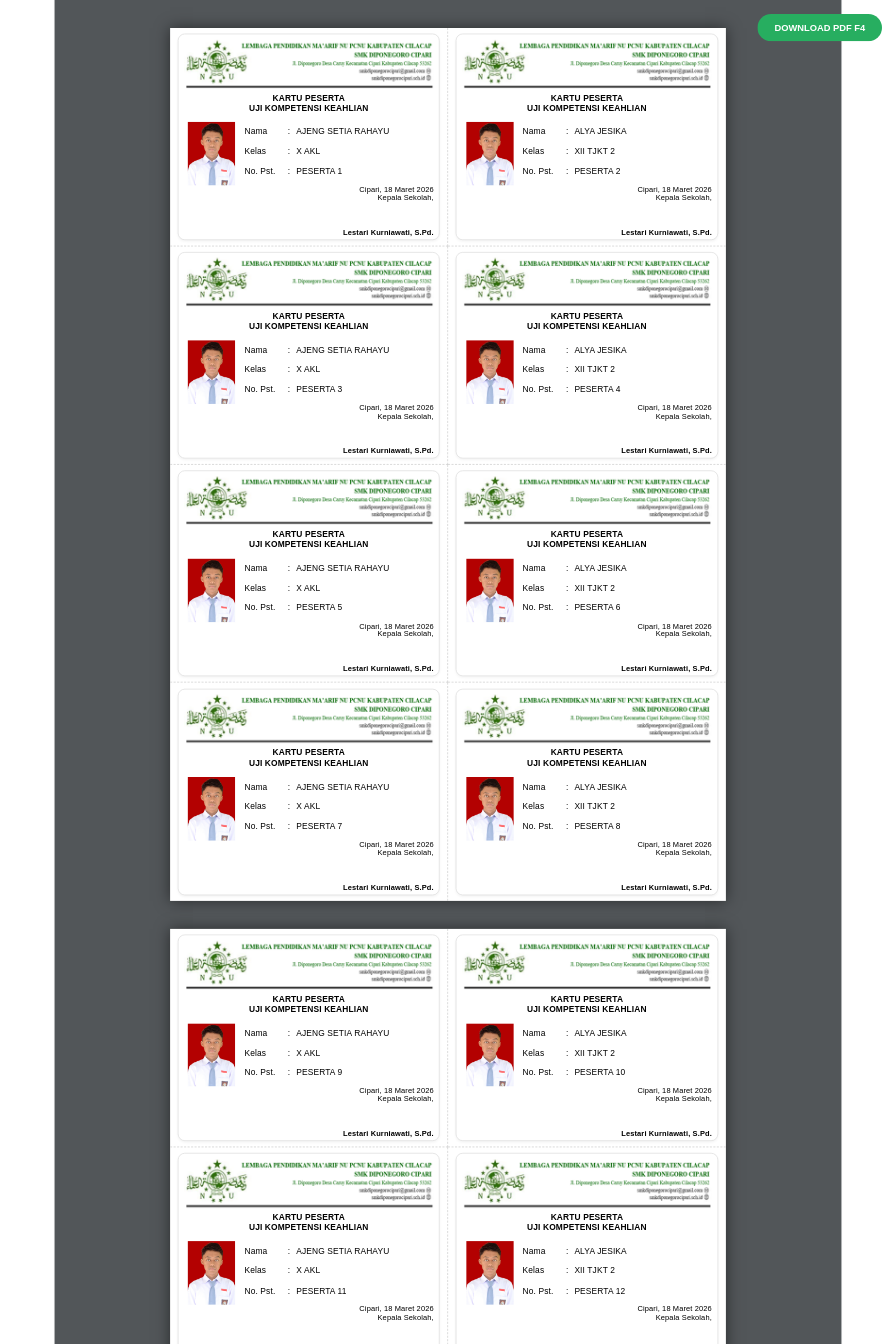
Repository: UsmanAzizz/generator-kartu-tes
Page: /
An editor plug-in stored every save of this project. The page is shown before and after a run of saves, followed by the edit.
The browser window is 1280 px wide. The pictures show the part of the page from y = 0 to 1920 px (the page is 2654 px tall), at 70% of full size.
The project was rebuilt for these pictures with package versions that can differ from the ones it lists, and the page was loaded fresh each time. Also part of the build but not shown: vite.config.js.

Above is the page before, as saved 2026-03-18 16:28:06.

### index.html
<!doctype html>
<html lang="en">
  <head>
    <meta charset="UTF-8" />
    <link rel="icon" type="image/svg+xml" href="/favicon.svg" />
    <meta name="viewport" content="width=device-width, initial-scale=1.0" />
    <title>generator-kartu</title>
  </head>
  <body>
    <div id="root"></div>
    <script type="module" src="/src/main.jsx"></script>
  </body>
</html>

### src/index.css
:root {
  --text: #6b6375;
  --text-h: #08060d;
  --bg: #fff;
  --border: #e5e4e7;
  --code-bg: #f4f3ec;
  --accent: #aa3bff;
  --accent-bg: rgba(170, 59, 255, 0.1);
  --accent-border: rgba(170, 59, 255, 0.5);
  --social-bg: rgba(244, 243, 236, 0.5);
  --shadow:
    rgba(0, 0, 0, 0.1) 0 10px 15px -3px, rgba(0, 0, 0, 0.05) 0 4px 6px -2px;

  --sans: system-ui, 'Segoe UI', Roboto, sans-serif;
  --heading: system-ui, 'Segoe UI', Roboto, sans-serif;
  --mono: ui-monospace, Consolas, monospace;

  font: 18px/145% var(--sans);
  letter-spacing: 0.18px;
  color-scheme: light dark;
  color: var(--text);
  background: var(--bg);
  font-synthesis: none;
  text-rendering: optimizeLegibility;
  -webkit-font-smoothing: antialiased;
  -moz-osx-font-smoothing: grayscale;

  @media (max-width: 1024px) {
    font-size: 16px;
  }
}

@media (prefers-color-scheme: dark) {
  :root {
    --text: #9ca3af;
    --text-h: #f3f4f6;
    --bg: #16171d;
    --border: #2e303a;
    --code-bg: #1f2028;
    --accent: #c084fc;
    --accent-bg: rgba(192, 132, 252, 0.15);
    --accent-border: rgba(192, 132, 252, 0.5);
    --social-bg: rgba(47, 48, 58, 0.5);
    --shadow:
      rgba(0, 0, 0, 0.4) 0 10px 15px -3px, rgba(0, 0, 0, 0.25) 0 4px 6px -2px;
  }

  #social .button-icon {
    filter: invert(1) brightness(2);
  }
}

body {
  margin: 0;
}

#root {
  width: 1126px;
  max-width: 100%;
  margin: 0 auto;
  text-align: center;
  border-inline: 1px solid var(--border);
  min-height: 100svh;
  display: flex;
  flex-direction: column;
  box-sizing: border-box;
}

h1,
h2 {
  font-family: var(--heading);
  font-weight: 500;
  color: var(--text-h);
}

h1 {
  font-size: 56px;
  letter-spacing: -1.68px;
  margin: 32px 0;
  @media (max-width: 1024px) {
    font-size: 36px;
    margin: 20px 0;
  }
}
h2 {
  font-size: 24px;
  line-height: 118%;
  letter-spacing: -0.24px;
  margin: 0 0 8px;
  @media (max-width: 1024px) {
    font-size: 20px;
  }
}
p {
  margin: 0;
}

code,
.counter {
  font-family: var(--mono);
  display: inline-flex;
  border-radius: 4px;
  color: var(--text-h);
}

code {
  font-size: 15px;
  line-height: 135%;
  padding: 4px 8px;
  background: var(--code-bg);
}

### src/App.jsx
import { useState, useRef } from 'react';
import jsPDF from 'jspdf';
import html2canvas from 'html2canvas';

import kopImage from './image.png';
import dummyFoto from './aji.jpg';

function App() {
  const [students] = useState(Array.from({ length: 16 }, (_, i) => ({
    id: i + 1,
    nama: i % 2 === 0 ? "AJENG SETIA RAHAYU" : "ALYA JESIKA",
    kelas: i % 2 === 0 ? "X AKL" : "XII TJKT 2",
    username: `PESERTA ${i + 1}`,

    noPst: `2025/UKK/${100 + i}`,
    foto: dummyFoto
  })));

  const contentRef = useRef(null);

  const downloadPDF = async () => {
    const element = contentRef.current;
    const pdf = new jsPDF('p', 'mm', [210, 330]);

    const pages = element.querySelectorAll('.page-break');

    for (let i = 0; i < pages.length; i++) {
      const canvas = await html2canvas(pages[i], {
        scale: 3,
        useCORS: true,
        logging: false
      });
      const imgData = canvas.toDataURL('image/png');
      if (i > 0) pdf.addPage('p', 'mm', [210, 330]);
      pdf.addImage(imgData, 'PNG', 0, 0, 210, 330);
    }
    pdf.save("kartu-peserta-ukk-f4.pdf");
  };

  const styles = {
    wrapper: {
      backgroundColor: '#525659',
      padding: '40px 0',
      minHeight: '100vh',
      fontFamily: 'Arial, sans-serif'
    },
    page: {
      width: '210mm',
      height: '330mm',
      backgroundColor: 'white',
      margin: '0 auto 40px auto',
      display: 'grid',
      gridTemplateColumns: 'repeat(2, 1fr)',
      gridTemplateRows: 'repeat(4, 1fr)',
      boxSizing: 'border-box',
      boxShadow: '0 0 20px rgba(0,0,0,0.5)',
      overflow: 'hidden',
    },
    // LOGIKA GARIS POTONG DALAM SAJA
    cardSlot: (index) => ({
      display: 'flex',
      alignItems: 'center',
      justifyContent: 'center',
      boxSizing: 'border-box',
      height: '100%',
      width: '100%',
      // Garis putus-putus hanya di sisi dalam (tengah horizontal & vertikal)
      borderRight: (index % 2 === 0) ? '0.5mm dashed #ccc' : 'none',
      borderBottom: (index < 6) ? '0.5mm dashed #ccc' : 'none',
    }),
    card: {
      width: '99mm',
      height: '78mm',
      backgroundColor: 'white',
      border: '1px solid #ddd',
      borderRadius: '10px',
      padding: '2mm',
      boxSizing: 'border-box',
      display: 'flex',
      flexDirection: 'column',
      position: 'relative',
      boxShadow: '0 2px 4px rgba(0,0,0,0.05)',
    },
    headerKop: { width: '100%',height: '70px', marginBottom: '6px' },
    titleSection: { textAlign: 'center', marginBottom: '8px' },
    titleText: { fontSize: '9pt', fontWeight: 'bold', margin: '0', lineHeight: '1.2',   color: '#000' },
    mainContent: { display: 'flex', gap: '12px', marginTop: '5px' },
    fotoWrapper: {
      width: '18mm',
      height: '24mm',
      flexShrink: 0,
      overflow: 'hidden',
      marginLeft: '1.5mm'
    },
  infoTable: {
      fontSize: '9pt',
      width: '100%',
      height: '90%',
      textAlign: 'left',
      borderCollapse: 'collapse',
      color: '#000'

    },
    footerArea: {
      marginTop: 'auto',
      textAlign: 'right',
      fontSize: '8pt',
      lineHeight: '1.1',
        color: '#000'
    },
    signature: { fontWeight: 'bold', marginTop: '10mm' },
    btnDownload: {
      position: 'fixed', top: '20px', right: '20px', padding: '12px 24px',
      backgroundColor: '#27ae60', color: 'white', border: 'none', borderRadius: '30px',
      cursor: 'pointer', fontWeight: 'bold', zIndex: 1000
    }
  };

  const chunkData = (arr, size) => {
    return Array.from({ length: Math.ceil(arr.length / size) }, (v, i) =>
      arr.slice(i * size, i * size + size)
    );
  };

  const pages = chunkData(students, 8);

  return (
    <div style={styles.wrapper}>
      <button style={styles.btnDownload} onClick={downloadPDF}>DOWNLOAD PDF F4</button>
      <div ref={contentRef}>
        {pages.map((pageStudents, pageIdx) => (
          <div key={pageIdx} className="page-break" style={styles.page}>
            {pageStudents.map((std, index) => (
              <div key={std.id} style={styles.cardSlot(index)}>
                <div style={styles.card}>
                  <img src={kopImage} alt="KOP" style={styles.headerKop} />
                  <div style={styles.titleSection}>
                    <p style={styles.titleText}>KARTU PESERTA</p>
                    <p style={styles.titleText}>UJI KOMPETENSI KEAHLIAN</p>
                  </div>
                  <div style={styles.mainContent}>
                    <div style={styles.fotoWrapper}>
                      <img src={std.foto} alt="User" style={{width: '100%', height: '100%', objectFit: 'cover'}} />
                    </div>
                    <table style={styles.infoTable}>
                      <tbody>
                        <tr><td width="60">Nama</td><td width="10">:</td><td>{std.nama}</td></tr>
                        <tr><td>Kelas</td><td>:</td><td>{std.kelas}</td></tr>
                        <tr><td>No. Pst.</td><td>:</td><td>{std.username}</td></tr>

                      </tbody>
                    </table>
                  </div>
                  {/* Kotak Ruang seperti di contoh */}

                  <div style={styles.footerArea}>
                    <div>Cipari, 18 Maret 2026</div>
                    <div>Kepala Sekolah,</div>
                    <div style={styles.signature}>Lestari Kurniawati, S.Pd.</div>
                  </div>
                </div>
              </div>
            ))}
          </div>
        ))}
      </div>
    </div>
  );
}

export default App;

Loaded but not shown: src/main.jsx (common file)

After the next 2 saves:
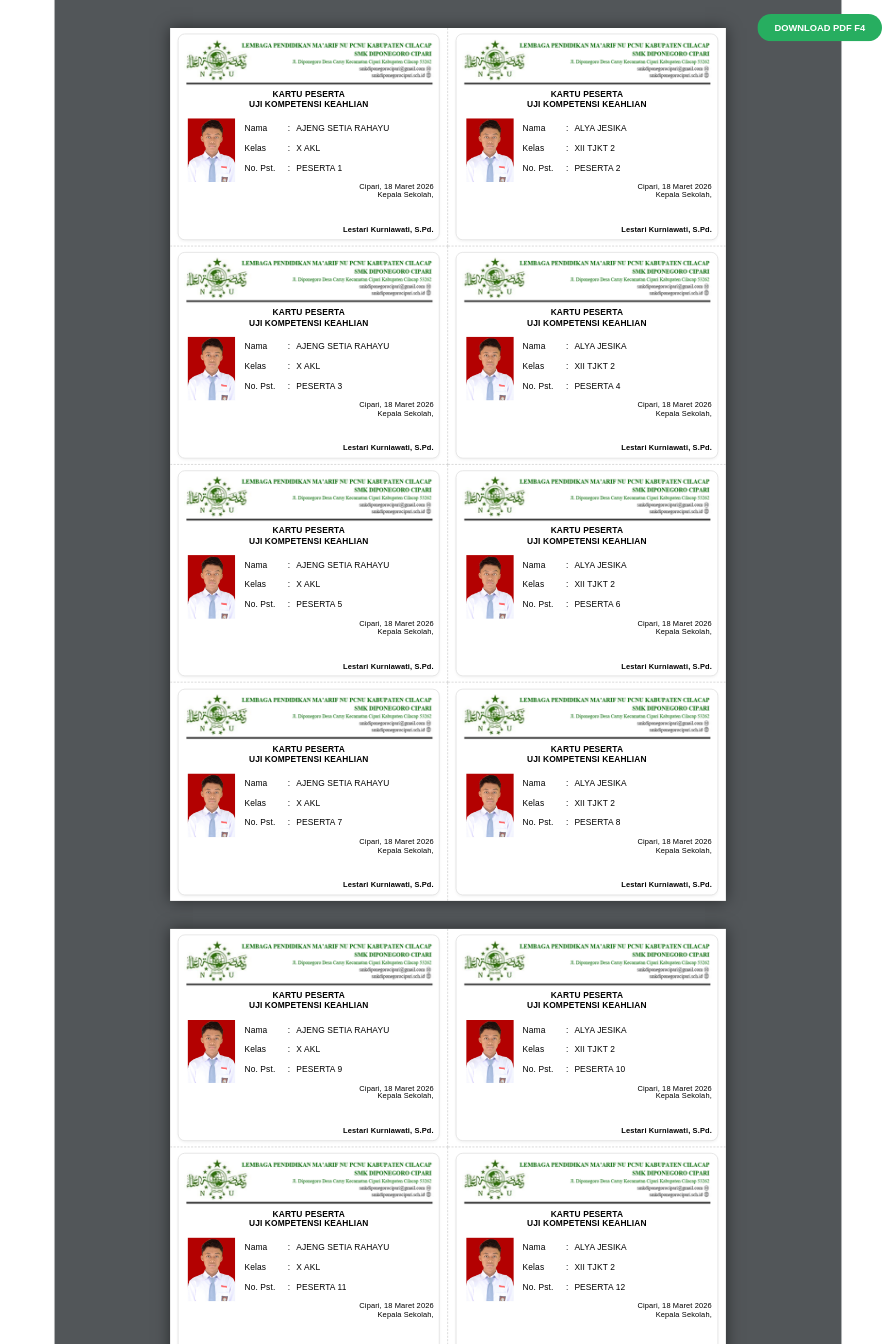
The 2 saves are shown as one change because they came seconds apart.
The last was saved 10 s later.
--- a/src/App.jsx
+++ b/src/App.jsx
@@ -81,7 +81,7 @@
       position: 'relative',
       boxShadow: '0 2px 4px rgba(0,0,0,0.05)',
     },
-    headerKop: { width: '100%',height: '70px', marginBottom: '6px' },
+    headerKop: { width: '100%',height: '65px', marginBottom: '6px' },
     titleSection: { textAlign: 'center', marginBottom: '8px' },
     titleText: { fontSize: '9pt', fontWeight: 'bold', margin: '0', lineHeight: '1.2',   color: '#000' },
     mainContent: { display: 'flex', gap: '12px', marginTop: '5px' },

After the save that followed:
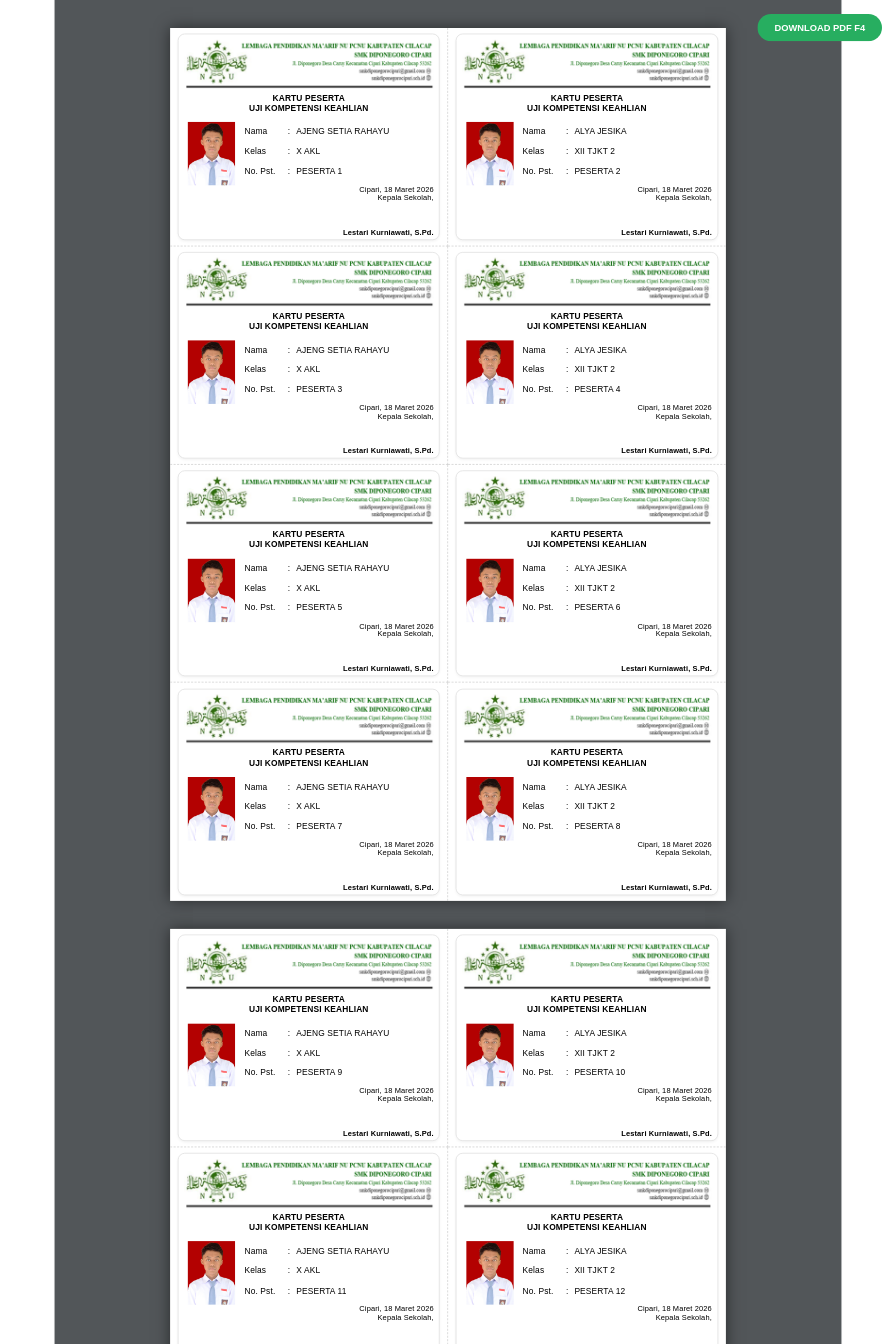
Saved 7 s later.
--- a/src/App.jsx
+++ b/src/App.jsx
@@ -81,7 +81,7 @@
       position: 'relative',
       boxShadow: '0 2px 4px rgba(0,0,0,0.05)',
     },
-    headerKop: { width: '100%',height: '65px', marginBottom: '6px' },
+    headerKop: { width: '100%',height: '70px', marginBottom: '6px' },
     titleSection: { textAlign: 'center', marginBottom: '8px' },
     titleText: { fontSize: '9pt', fontWeight: 'bold', margin: '0', lineHeight: '1.2',   color: '#000' },
     mainContent: { display: 'flex', gap: '12px', marginTop: '5px' },
